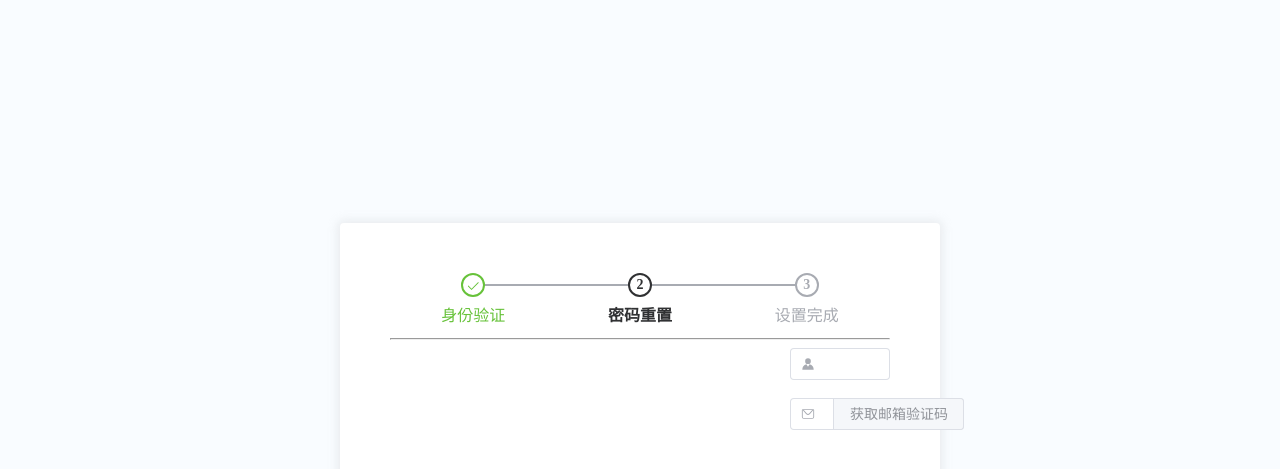
Repository: Harmony-camp/ckw-manager
Page: /#/ForgotPassword (app in manage/)
An editor plug-in stored every save of this project. The page is shown before and after the next save, followed by the edit.
The browser window is 1280 px wide. The pictures show the whole page.
The project was rebuilt for these pictures with package versions that can differ from the ones it lists, and the page was loaded fresh each time. Also part of the build but not shown: manage/vite.config.js.

Above is the page before, as saved 2023-05-27 10:30:42.

### manage/src/main.js
import { createApp } from 'vue'
import router from './router'
import ElementPlus from 'element-plus'
import 'element-plus/dist/index.css'
import App from './App.vue'
import store from './store'
import * as ELIcons from '@element-plus/icons-vue'
import storage from './utils/storage'

const app = createApp(App)

app.directive("has",{
	beforeMount:(el,binding)=>{

		let actionList = storage.getItem("actionList")
		let value = binding.value
		let hasPermission = actionList.includes(value)
		if(!hasPermission){
			el.style="display:none"
			setTimeout(()=>{
				el.parentNode.removeChild(el)
			},0)
		}
	}
})

for (let iconName in ELIcons) {
	app.component(iconName, ELIcons[iconName])
}

app.use(router).use(store).use(ElementPlus).mount('#app')

### manage/src/router/index.js
import { createRouter, createWebHashHistory } from 'vue-router'
import { defineAsyncComponent } from 'vue'

import storage from '../utils/storage'
import {getPermissionList} from '../api'
import utils from '../utils/utils'

const routes = [
  {
    name: "home",
    path: "/",
    component: ()=>import("../components/Home.vue"),
    redirect: "Welcome",
    meta: {
      title: "首页"
    },
    children: [
      {
        name: "welcome",
        path: "/welcome",
        meta: {
          title: "欢迎使用本系统"
        },
        component: () => import("../views/Welcome.vue")
      },
      {
        name: "profile",
        path: "/profile",
        redirect: "analysis",
        meta: {
          title: "个人中心"
        },
        component: () => import("../views/profile/index.vue"),
        children:[
          {
            name: "analysis",
            path: "/profile/analysis",
            meta: {
              title: "个人整体分析"
            },
            component: () => import("../views/profile/Analysis.vue"),
          },
          {
            name: "award-time",
            path: "/profile/award-time",
            meta: {
              title: "获奖时间"
            },
            component: () => import("../views/profile/AwardTime.vue"),
          },
        ]
      },
    ]
  },

  {
    name: "login",
    path: "/login",
    meta: {
      title: "登录"
    },
    component: () => import("../views/login/Login.vue")
  },
  {
    name: "register",
    path: "/register",
    meta: {
      title: "注册"
    },
    component: () => import("../views/login/Register.vue")
  },
  {
    name: "ForgotPassword",
    path: "/ForgotPassword",
    meta: {
      title: "注册"
    },
    component: () => import("../views/login/ForgotPassword.vue")
  },

  {
    name: "404",
    path: "/404",
    meta: {
      title: "页面不存在"
    },
    component: () => import("../views/login/404.vue")
  },

]

const router = createRouter({
  history: createWebHashHistory(),
  routes
})

async function loadAsyncRoutes(){
  let userinfo  = storage.getItem("userinfo") || {}
  if(userinfo.token){
    try{
      const {menuList} =  await getPermissionList()
      let routes = utils.generateRoute(menuList)
      routes.map(route=>{
        let url = `../views/${route.component}.vue`
        route.component =  ()=>import(/* @vite-ignore */url)
        router.addRoute("home",route)
      })
    }catch(error){
      console.log('error :>> ', error);
    }
  }
}

await loadAsyncRoutes()
function checkPermission(path){
  let routes =[]
  router.getRoutes().forEach(item=>{
    routes.push(item.path)
  })
  return routes.includes(path)
}

router.beforeEach((to,form,next)=>{
  if(checkPermission(to.path) || to.path =="/"){
    document.title = to.meta.title
    next()
  }else{
    next("/404")
  }
})

export default router

### manage/src/App.vue
<template>
  <router-view></router-view>
</template>

<script setup>

</script>

<style lang="scss">
@import './assets/style/reset.css';
@import './assets/style/index.scss';
</style>

### manage/src/store/index.js
/**
 * vuex状态管理
 */
import {createStore} from 'vuex'
import mutations from './mutations'
import storage from '../utils/storage'

const state = {
  userinfo:storage.getItem("userinfo") || {},
  menuLit:storage.getItem("menuList") || [],
  actionList :storage.getItem("actionListList") || [],
  noticeCount:0
}

export default createStore({
  state,
  mutations
})

### manage/src/utils/storage.js
/**
 * Storage二次封装
 * @author yyy
 */
import config from "../config"

export default{
  setItem(key,val){
    let storage = this.getStorage()
    storage[key] = val
    window.localStorage.setItem(config.namespace,JSON.stringify(storage))
  },
  getItem(key){
    return this.getStorage()[key]
  },
  getStorage(){
    return JSON.parse( window.localStorage.getItem(config.namespace )|| "{}")
  },
  clearItem(key){
    let storage = this.getStorage()
    delete storage[key]
    window.localStorage.setItem(config.namespace,JSON.stringify(storage))
  },
  clearAll(){
    window.localStorage.clear()
  },
}

### manage/src/api/index.js
/**
 * api管理
 */

import request from "../utils/request"

/**
 * 用户登录
 * @param {Object} params
 * @returns
 */
export  const UserLogin = (params)=>{
  return request({
      url:"/users/login",
      method:"post",
      data:params,
    })
  }

/**
 * 获取是否有信息需要处理
 * @param {Object} params
 * @returns
 */
export  const NoticeCount = (params)=>{
  return request({
    url:"/leave/count",
    method:"get",
    data:params,
    // mock:true
  })
}

/**
 * 获取菜单
 * @returns
 */
export  const MenuList = (params)=>{
  return request({
    url:"/menu/list",
    method:"get",
    data:params,
    // mock:true
  })
}

/**
 * 获取用户列表
 * @param {Object} params
 * @returns
 */

export  const GetUserList = (params)=>{
  return request({
    url:"/users/list",
    method:"get",
    data:params,
  })
}
export  const GetAllUserList = ()=>{
  return request({
    url:"/users/all/list",
    method:"get",
    // mock:true
  })
}
/**
 * 删除用户，可批量删除
 * @param {Array} params
 * @returns
 */
export  const UserDelete = (params)=>{
  return request({
    url:"/users/delete",
    method:"post",
    data:params,
    // mock:true
  })
}
/**
 * 获取角色信息
 * @returns
 */
export  const GetRoleAllList = ()=>{
  return request({
    url:"/roles/allList",
    method:"get",
    data:{},
    // mock:true
  })
}
export  const GetRoleList = (param)=>{
  return request({
    url:"/roles/list",
    method:"get",
    data:param,
    // mock:true
  })
}
/**
 * 获取部门信息
 * @returns
 */
export  const GetDeptList = (params)=>{
  return request({
    url:"/dept/list",
    method:"get",
    data:params,
    // mock:true
  })
}

/**
 * 角色增删改查
 * @param {Object} params
 * @returns
 */
export  const UserSubmit = (params)=>{
  return request({
    url:"/users/operate",
    method:"post",
    data:params,
    // mock:true
  })
}
/**
 * 菜单操作
 * @param {Object} params
 * @returns
 */
export  const MenuSubmit = (params)=>{
  return request({
    url:"/menu/operate",
    method:"post",
    data:params,
    // mock:true
  })
}

export  const RoleOperate = (params)=>{
  return request({
    url:"/roles/operate",
    method:"post",
    data:params,
    // mock:true
  })
}
export  const DeptOperate = (params)=>{
  return request({
    url:"/dept/operate",
    method:"post",
    data:params,
    // mock:true
  })
}
export  const UpdatePermission = (params)=>request({
    url:"/roles/update/permission",
    method:"post",
    data:params,
    // mock:true
})



export const getPermissionList = ()=>request.get("/users/getPermissionList")
export const GetApplyList  = params=>request.get("/leave/list",params,{mock:false})
export const LeaveOperate  = params=>request.post("/leave/operate",params,{mock:false})
export const LeaveApprove  = params=>request.post("/leave/approve",params,{mock:false})

export const dataToTestify  = params=>request.post("/teacher/createTestify",params)

//获取注册页面角色
export const getRegisterRoleList = params=>request.get("/roles/allList",params)

//获取模块分类排序数据
export const querySortList = params=>request.get("/teacher/query",params)

export const GetTeacherlList = params=>request.get("/teacher/list",params)
export const GetTeacherApprovallList = params=>request.get("/teacher/approvalList",params)

### manage/src/utils/utils.js
/**
 * 工具函数封装
 */
import {GetTeacherlList} from '../api'
export default{
  formateDate(date,rule){
    let fmt = rule || 'MM-dd hh:mm:ss'

    const o = {

      "M+":date.getMonth(),
      "d+":date.getDate(),
      "h+":date.getHours(),
      "m+":date.getMinutes(),
      "s+":date.getSeconds(),

    }
    for(let key in o){
      if(new RegExp(`(${key})`).test(fmt)){
        const val = o[key] + ''
        fmt =  fmt.replace(RegExp.$1,RegExp.$1.length==1?val:('00'+val).substring(val.length))
      }
    }
    return date.getFullYear()+"-" + fmt
  },
  generateRoute(menuList){
    let routes = []

    const deepList = (list)=>{
      while(list.length){
        let item = list.pop()
        if(item.action){
          routes.push({
            name:item.menuName,
            path:item.path,
            meta:{
              title:item.menuName
            },
            component:item.component
          })

        }
        if(item.children && !item.action){
          deepList(item.children)
        }
      }
    }
    deepList(menuList)
    return routes
  },
  async getTeacherApprovalList(action,userId){

    let res = await GetTeacherlList({action,userId})
    return res
  }
}

### manage/src/views/login/ForgotPassword.vue
<template>
  <div class="forgot-wrapper">
    <div class="modal">
      <el-steps align-center :active="active" finish-status="success">
        <el-step title="身份验证" />
        <el-step title="密码重置" />
        <el-step title="设置完成" />
      </el-steps>
      <hr />
      <div class="main">
        <div class="setIdentity" v-if="active == 1">
          <el-form label-width="400px">
            <el-form-item>
              <el-input :prefix-icon="Avatar" />
            </el-form-item>
            <el-form-item>
              <el-input :prefix-icon="Message" >
                <template #append>
                  <el-button>获取邮箱验证码</el-button>
                </template>
              </el-input>
            </el-form-item>
          </el-form>
        </div>
        <div class="setPassword" v-if="active == 2">2</div>
        <div class="success" v-if="active == 3">3</div>
      </div>
    </div>
  </div>
</template>

<script setup>
import {ref} from 'vue'
import { Avatar,Message } from "@element-plus/icons-vue";

const active = ref(1)

</script>

<style lang="scss">
.forgot-wrapper {
  display: flex;
  justify-content: center;
  align-items: center;
  background-color: #f9fcff;
  width: 100vw;
  height: 100vh;
  .modal {
    width: 600px;
    padding: 50px;
    background-color: #fff;
    border-radius: 4px;
    box-shadow: 0px 0px 10px 3px #c7c9cb4d;
  }
}
</style>

### manage/src/assets/style/index.scss
html, body {
  height: 100%;
  width: 100%;
}
*:not([class^='el-']) {
  box-sizing: border-box;
}
.white{
  background-color: #ffffff;
}
a{
  text-decoration: none;
}
.gray{
  background-color: #eef0f3;
}
.mr10{
  margin-right: 10px;
}
.mr20{
  margin-right: 20px;
}
.mb20{
  margin-bottom: 20px;
}
.m-lr10{
  margin-left: 10px;
  margin-right: 10px;
}
.p20{
  padding: 20px;
}
.pl20{
  padding-left: 20px;
}
.text-right{
  text-align: right;
}
.fr{
  float: right;
}
.flex{
  display: flex;
}
.flex-between{
  display: flex;
  justify-content: space-between;
}
.flex-center{
  display: flex;
  justify-content: center;
}
.tips{
  margin-left: 15px;
  color: #787878;
}


/*
* 公共样式
*/
.query-form {
  background-color: #ffffff;
  padding: 22px 20px 0;
  border-radius: 5px;
}
.base-table {
  border-radius: 5px;
  background: #ffffff;
  margin-top: 20px;
  margin-bottom: 20px;
  .action {
    border-radius: 5px 5px 0px 0px;
    background: #ffffff;
    padding: 20px;
    border-bottom: 1px solid #ece8e8;
  }
  .el-pagination{
     justify-content: flex-end;
     padding-right: 20px;
     padding-top: 20px;
     padding-bottom: 5px;
  }

}

### manage/src/store/mutations.js
/**
 * Mutations业务层数据提交
 */


import storage from "../utils/storage";

export default {
  saveUserInfo(state,userinfo){
    state.userinfo = userinfo;
    storage.setItem("userinfo",userinfo)
  },
  saveMenuList(state,menuList){
    state.menuList = menuList;
    storage.setItem("menuList",menuList)
  },
  saveActionList(state,actionList){
    state.actionList = actionList;
    storage.setItem("actionList",actionList)
  },
  saveNoticeCount(state,noticeCount){
    state.noticeCount = noticeCount;
    storage.setItem("noticeCount",noticeCount)
  },
}

### manage/src/config/index.js

const env = import.meta.env.MODE || "prod";

const EnvConfig = {
  dev:{
    baseApi:"/api",
    mockApi:"https://www.fastmock.site/mock/fa4c18963ab634ec12a063962937ba52/api"
  },
  test:{
    baseApi:"https://www.fastmock.site/mock/fa4c18963ab634ec12a063962937ba52/api",
    mockApi:"https://www.fastmock.site/mock/fa4c18963ab634ec12a063962937ba52/api"
  },
  prod:{
    baseApi:"/api",
    mockApi:"https://www.fastmock.site/mock/fa4c18963ab634ec12a063962937ba52/api"
  }
}

export default{
  env:"dev",
  mock:false,
  namespace:'manage',
  ...EnvConfig[env]
}

### manage/src/utils/request.js
/**
 * axios二次封装
 */

import axios from 'axios'
import {ElMessage} from 'element-plus'
import router from '../router'
import config from '../config'
import storage from './storage'
const TOKEN_INVALID = "token认证失败，请从新登陆"
const NETWORK_ERROR = "网络请求异常，请稍后重试"

//TODO axios实例对象，添加全局配置
const service = axios.create({
  baseURL:config.baseApi,
  timeout:8000
})


service.interceptors.request.use(req=>{

  //TODO 封装请求拦截
  const headers = req.headers;
  const {token} = storage.getItem("userinfo") || {}
  if(!headers.Authorization) headers.Authorization = "Bearer "  + token
  return req

})


service.interceptors.response.use(res=>{
  const {code,data,msg} = res.data;
  if(code === 200) return data;
  else if(code === 50001){
    ElMessage.error(TOKEN_INVALID)
    setTimeout(()=>{
      router.push('/login')
      return Promise.reject(TOKEN_INVALID)
    },1500)
  }else{
    ElMessage.error(msg|| NETWORK_ERROR)
    return Promise.reject(msg||NETWORK_ERROR)
  }

})


/**
 * 请求核心参数
 * @param {*} options 请求配置
 * @returns
 */

function request(options){
  options.method = options.method || "get"
  if(options.method.toLowerCase() === 'get'){
    options.params = options.data;
  }
  let isMock  = config.mock
  if(typeof options.mock != "undefined") isMock = options.mock
  if(config.env === 'prod'){
    service.defaults.baseURL = config.baseApi
  }else{
    service.defaults.baseURL = isMock? config.mockApi:config.baseApi
  }
  return service(options)
}

["get","post","put","delete",'patch'].forEach(item=>{
  request[item] = (url,data,options)=>{
    return request({
      url,
      data,
      method:item,
      ...options
    })
  }
})

export default request

Loaded but not shown: manage/index.html (common file); manage/src/assets/style/reset.css (common file)

After the next save:
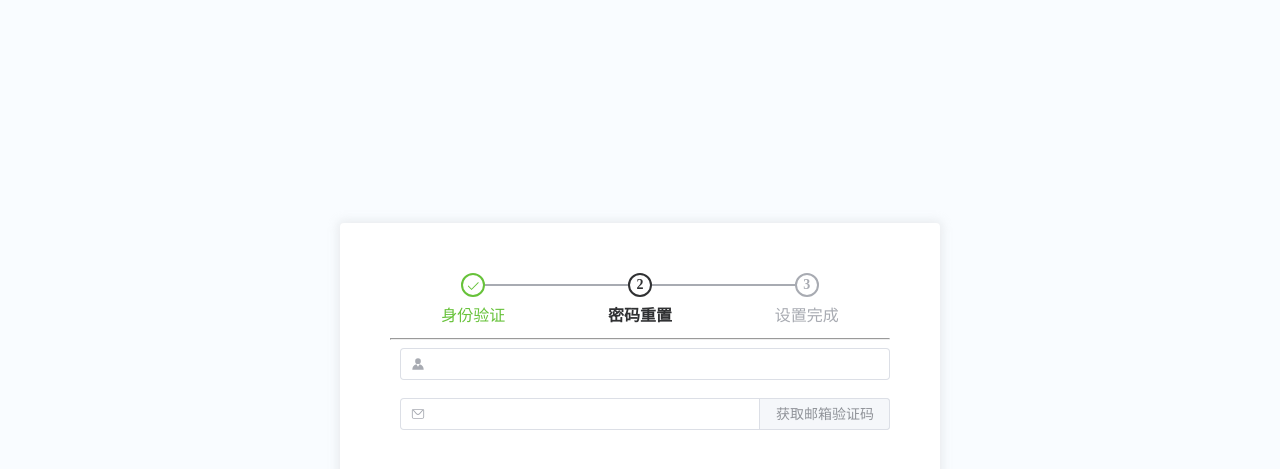
Saved 7 s later.
--- a/manage/src/views/login/ForgotPassword.vue
+++ b/manage/src/views/login/ForgotPassword.vue
@@ -9,7 +9,7 @@
       <hr />
       <div class="main">
         <div class="setIdentity" v-if="active == 1">
-          <el-form label-width="400px">
+          <el-form label-width="10px">
             <el-form-item>
               <el-input :prefix-icon="Avatar" />
             </el-form-item>
